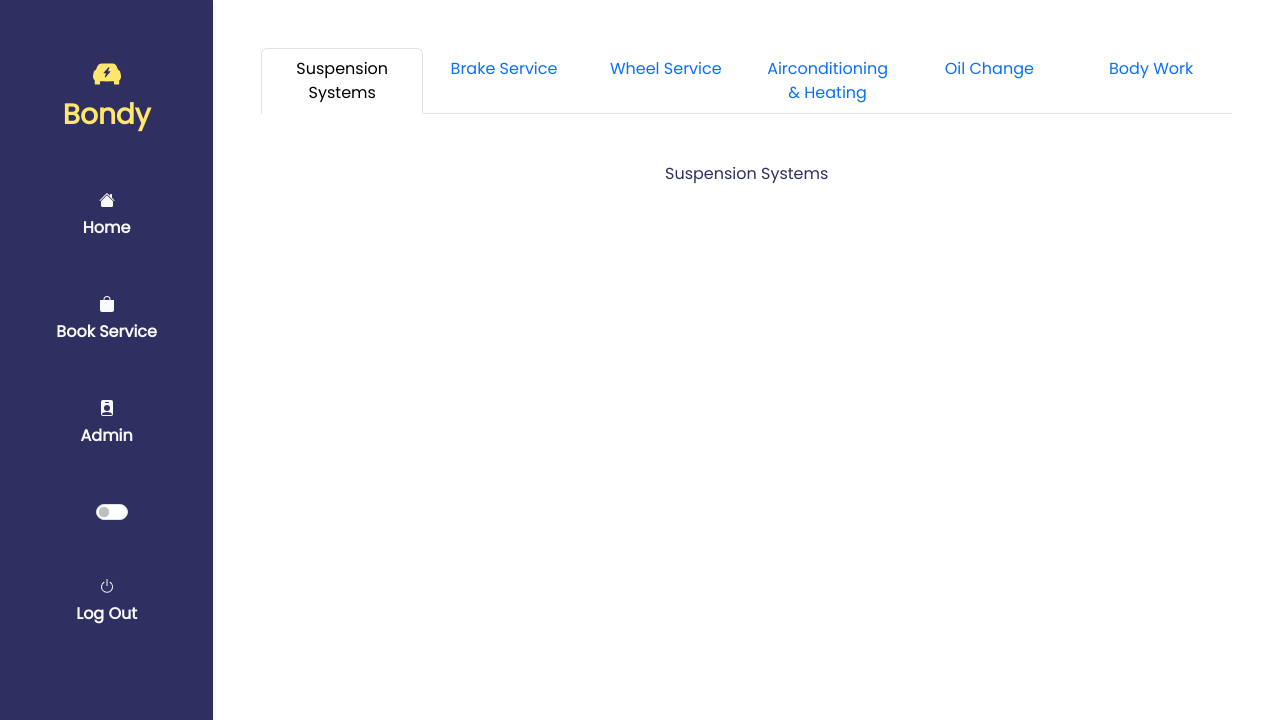
Repository: duzzisantos/bondy
Page: /book-service
An editor plug-in stored every save of this project. The page is shown before and after the next save, followed by the edit.
The browser window is 1280 px wide. The pictures show the whole page.
Some web libraries are served in a nearby version. The project was rebuilt for these pictures with package versions that can differ from the ones it lists, and the page was loaded fresh each time. Also part of the build but not shown: src/components/Home/LandingPage.scss, src/components/Home/LandingPageScrollContainer.tsx, src/components/Home/TrendingServices.tsx, src/views/LandingPage.tsx, src/components/Services/ServiceTemplate.tsx, src/views/Services.tsx.

Above is the page before, as saved 2023-06-25 15:56:54.

After the next save:
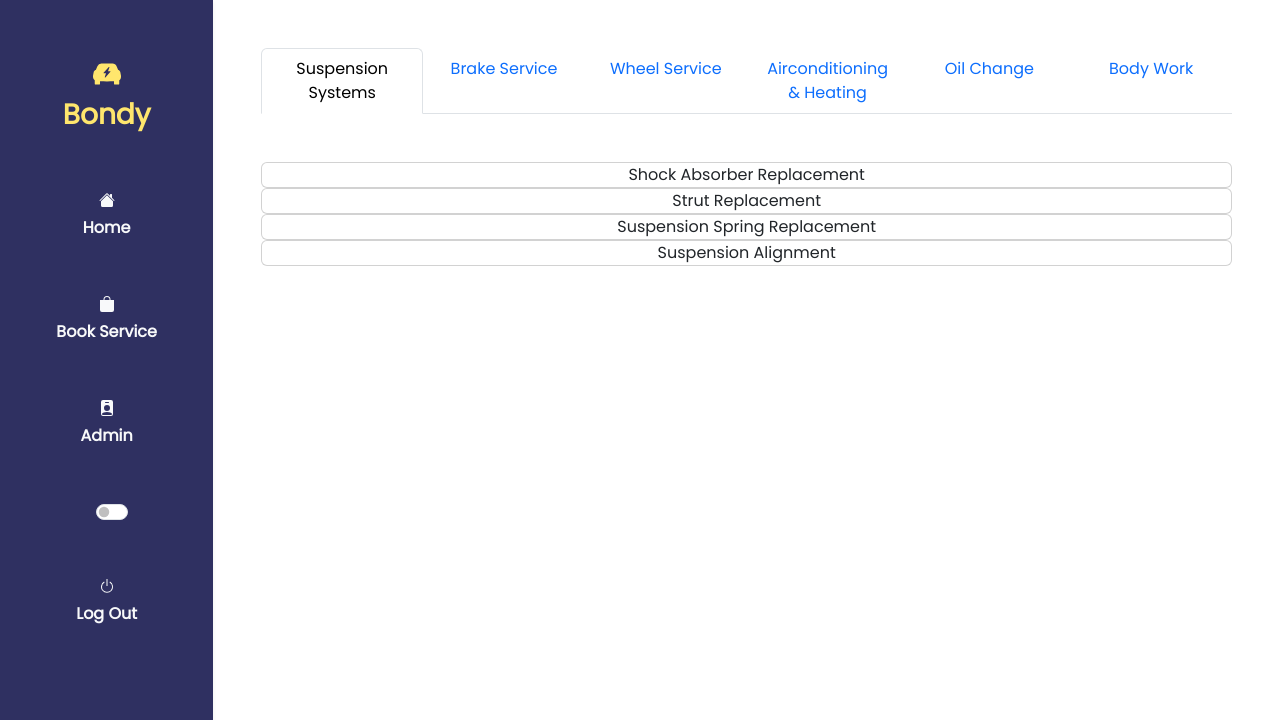
Saved 2 min 17 s later.
--- a/src/views/BookService.tsx
+++ b/src/views/BookService.tsx
@@ -1,5 +1,5 @@
 import React, { FunctionComponent } from "react";
-import { Tabs, Tab } from "react-bootstrap";
+import { Tabs, Tab, Card } from "react-bootstrap";
 import { mockServiceData } from "src/data/mockData";
 const BookService: FunctionComponent = () => {
   return (
@@ -12,7 +12,9 @@ const BookService: FunctionComponent = () => {
             title={element.category}
             className="border-0"
           >
-            {element.category}
+            {Object.values(element.images).map((item) => (
+              <Card>{item.serviceName}</Card>
+            ))}
           </Tab>
         ))}
       </Tabs>
